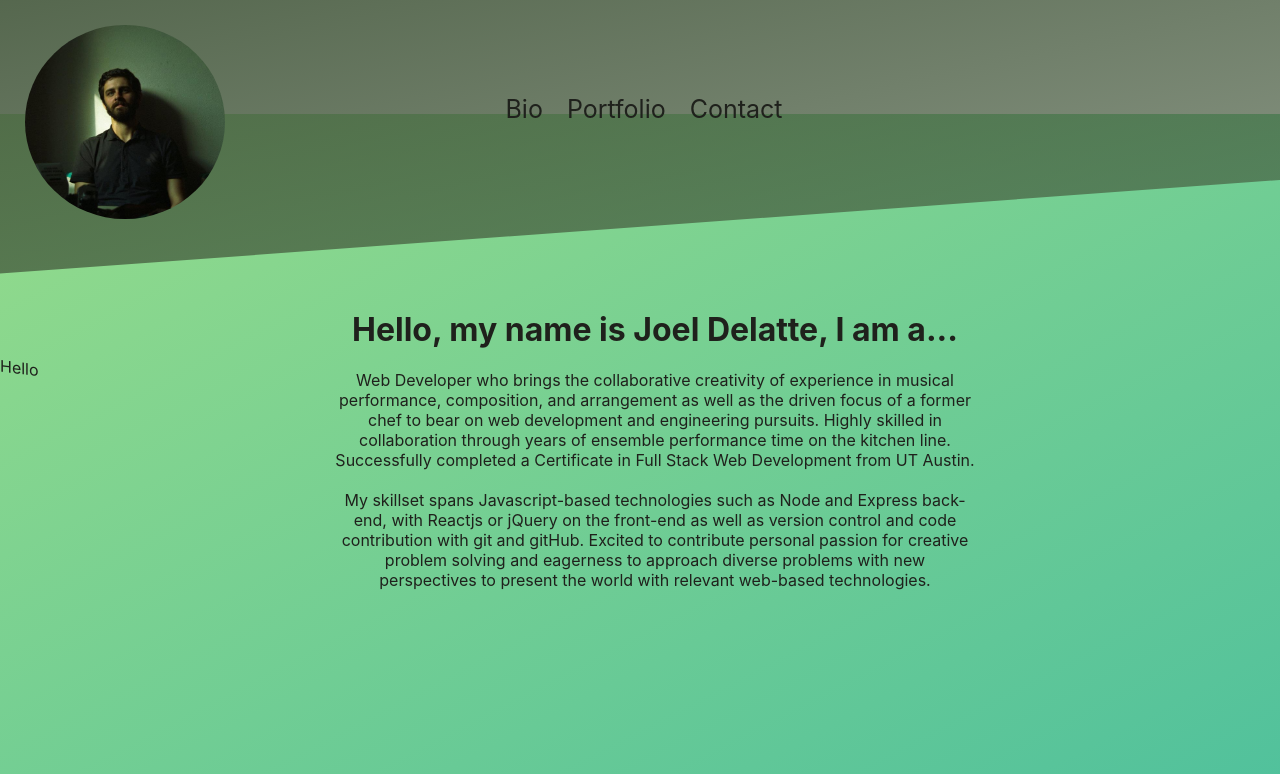
Repository: joeldelatte/react-portfolio
Page: / (app in client/)
An editor plug-in stored every save of this project. The page is shown before and after the next save, followed by the edit.
The browser window is 1280 px wide. The pictures show the whole page.
The project was rebuilt for these pictures with package versions that can differ from the ones it lists, and the page was loaded fresh each time. Also part of the build but not shown: client/src/App.css, client/src/Components/Contact/Contact.js, client/src/Components/Portfolio/portfolio.css, client/src/Components/Portfolio/Portfolio.js.

Above is the page before, as saved 2020-07-08 11:51:00.

### client/public/index.html
<!doctype html>
<html lang="en">
  <head>
    <meta charset="utf-8">
    <meta name="viewport" content="width=device-width, initial-scale=1, shrink-to-fit=no">
    <meta name="theme-color" content="#000000">
    <!--
      manifest.json provides metadata used when your web app is added to the
      homescreen on Android. See https://developers.google.com/web/fundamentals/engage-and-retain/web-app-manifest/
    -->
    <link rel="manifest" href="%PUBLIC_URL%/manifest.json">
    <link rel="shortcut icon" href="%PUBLIC_URL%/favicon.ico">
    <!--
      Notice the use of %PUBLIC_URL% in the tags above.
      It will be replaced with the URL of the `public` folder during the build.
      Only files inside the `public` folder can be referenced from the HTML.

      Unlike "/favicon.ico" or "favicon.ico", "%PUBLIC_URL%/favicon.ico" will
      work correctly both with client-side routing and a non-root public URL.
      Learn how to configure a non-root public URL by running `npm run build`.
    -->
    <title>Joel Delatte</title>
  </head>
  <body>
    <noscript>
      You need to enable JavaScript to run this app.
    </noscript>
    <div id="root"></div>
    <!--
      This HTML file is a template.
      If you open it directly in the browser, you will see an empty page.

      You can add webfonts, meta tags, or analytics to this file.
      The build step will place the bundled scripts into the <body> tag.

      To begin the development, run `npm start` or `yarn start`.
      To create a production bundle, use `npm run build` or `yarn build`.
    -->
  </body>
</html>

### client/src/index.css
body {
  margin: 0;
  font-family: -apple-system, BlinkMacSystemFont, 'Segoe UI', 'Roboto', 'Oxygen',
    'Ubuntu', 'Cantarell', 'Fira Sans', 'Droid Sans', 'Helvetica Neue',
    sans-serif;
  -webkit-font-smoothing: antialiased;
  -moz-osx-font-smoothing: grayscale;
  background-color: rgb(247, 247, 247);
  color: rgb(31,33,28);
}

code {
  font-family: source-code-pro, Menlo, Monaco, Consolas, 'Courier New',
    monospace;
}

### client/src/App.js
import React from 'react';
import {BrowserRouter as Router, Route, Switch, Link} from "react-router-dom";
import './App.css';
import Bio from "./Components/Bio/Bio";
import Nav from "./Page/Nav";
import Contact from "./Components/Contact/Contact";
import Portfolio from "./Components/Portfolio/Portfolio";
import Footer from "./Page/Footer";

export default function App() {
  return (
    <>
      <Router>
        <Nav />
        <Switch>
          <Route exact path="/">
            <Bio />
          </Route>
          <Route exact path="/contact">
            <Contact />
          </Route>
          <Route exact path="/portfolio">
            <Portfolio />
          </Route>
        </Switch>
        <Footer />
      </Router>
    </>
  );
}

### client/src/Components/Bio/Bio.js
import React from "react";
import "./bio.css";

export default function Bio() {

    return (
        <div className="container">
          <div className="bio">
            <h1>Hello, my name is Joel Delatte, I am a...</h1>
            <p>Web Developer who brings the collaborative creativity of experience in musical performance, composition, and
              arrangement as well as the driven focus of a former chef to bear on web development and engineering pursuits.
              Highly skilled in collaboration through years of ensemble performance time on the kitchen line.
              Successfully completed a Certificate in Full Stack Web Development from UT Austin.
              <br></br>
              <br></br>
              My skillset spans Javascript-based technologies such as Node and Express back-end, with Reactjs or
              jQuery on the front-end as well as version control and code contribution with git and gitHub.
              Excited to contribute personal passion for creative problem solving and eagerness to approach diverse
              problems with new perspectives to present the world with relevant web-based technologies.
            </p>
          </div>
        </div>
    )
}

### client/src/Page/Nav.js
import React from "react";
import {BrowserRouter as Router, Route, Switch, Link} from "react-router-dom";
import Avatar from "./Avatar";
import "./Page.css";

function Nav () {
    return (
      <div className="header">
        <Avatar />
        <div className="nav">
          <Link to="/">Bio</Link>
          <Link to="/portfolio">Portfolio</Link>
          <Link to="/contact">Contact</Link>
        </div>
      </div>
    );
};

export default Nav;

### client/src/Page/Footer.js
import React from "react";
// import { BrowserRouter as Router, Route, Switch, Link } from "react-router-dom";
import "./Page.css";

function Footer() {
  return (
    <div className="footer">
      <footer>
          Hello
      </footer>
    </div>
  );
}

export default Footer;

### client/src/Components/Bio/bio.css
.container {
    position: relative;
}

.bio {
    max-width: 50%;
    padding: 15px;
    max-width: 50%;
    position: absolute;
    top: 40%;
    left: 25%;
    text-align: center;
}

.bio p {
    text-align: center;
}


    @media only screen and (max-width: 768px) {
        .viewContainer {
            margin-left: 110px;
        }
    }

### client/src/Page/Avatar.js
import React from "react";
import Portrait from "./images/joel_d.png"
import "./Page.css";

const styles = {
    maxWidth: 200,
    maxHeight: 200,
    borderRadius: 100,
    marginLeft: 25
};

function Avatar () {

    return (
      <div>
          <img src={Portrait} alt="avatar"  className="avatar" /> {/* style={styles} */}
      </div>
    );
};

export default Avatar;

### client/src/Page/Page.css
.header {
  height: 38vh;
  background-image: linear-gradient(to right bottom, rgba(68,88,60, 0.901), rgba(68,88,60, 0.601));
  /* , url("../img/hero.jpg"); */
  background-size: cover;
  background-position: top;
  position: relative;
  -webkit-clip-path: polygon(0 0, 100% 0, 100% 85%, 0 100%);
  clip-path: polygon(0 0, 100% 0, 100% 25vh, 0 100%);
  position: relative;
}

  .avatar {
    display: inline;
    max-width: 200px;
    max-height: 200px;
    border-radius: 100%;
    margin: 25px;
    }

.nav {
    position: absolute;
    top: 40%;
    left: 50%;
    transform: translate(-50%, -50%);
    text-align: center;
}

.nav a {
    padding: 6px 8px 6px 16px;
    text-decoration: none;
    font-size: 25px;
    color: rgb(31,33,28);
    display: inline;
    text-align: center;
  }

.nav a:hover {
    color: #f1f1f1;
}

.footer {
  padding: 20rem 0;
  background-image: linear-gradient(to right bottom, rgba(126, 213, 111, 0.801), rgba(40, 180, 133, 0.801));
  /* background-size: cover; */
  /* transform: skewY(-7deg); */
  margin-top: -10rem; }
  .footer > * {
    transform: skewY(7deg); }

/* @media only screen and (max-width: 768px) {
    .sideNav {
        width: 100px;
    }
    .sideNav a {
        font-size: 15px;
    }
    .avatar {
        max-width: 75px;
        max-height: 75px;
        border-radius: 100;
        margin-left: 15px;
    }
}  */

### client/src/Components/Contact/contact.css
.container {
  position: relative;
}
.contact {
    padding: 15px;
    max-width: 50%;
    position: absolute;
    top: 40%;
    left: 25%;
    text-align: center;
}

.contact a {
  padding: 6px 8px 6px 16px;
  text-decoration: underline;
  font-size: 18px;
  color: black;
  display: block;
}

.contact a:hover {
  color: #818181;
}

.email-address {
  padding: 6px 8px 6px 16px;
  font-size: 18px;
}

input[type=text], select {
    width: 100%;
    padding: 12px 20px;
    margin: 8px 0;
    display: inline-block;
    border: 1px solid #ccc;
    border-radius: 4px;
    box-sizing: border-box;
  }

  input[type=submit] {
    width: 15%;
    background-color: #4CAF50;
    color: white;
    padding: 14px 20px;
    margin: 8px 0;
    border: none;
    border-radius: 4px;
    cursor: pointer;
  }

  input[type=submit]:hover {
    background-color: #45a049;
  }

textarea {
    width: 100%;
    height: 150px;
    margin: 8px 0;
    padding: 12px 20px;
    box-sizing: border-box;
    border: 1px solid #ccc;
    border-radius: 4px;
    resize: none;
  }

  @media only screen and (max-width: 768px) {
    .contact {
      margin-left: 110px;
    }
  }

Loaded but not shown: client/src/index.js (common file); client/src/serviceWorker.js (common file)

After the next save:
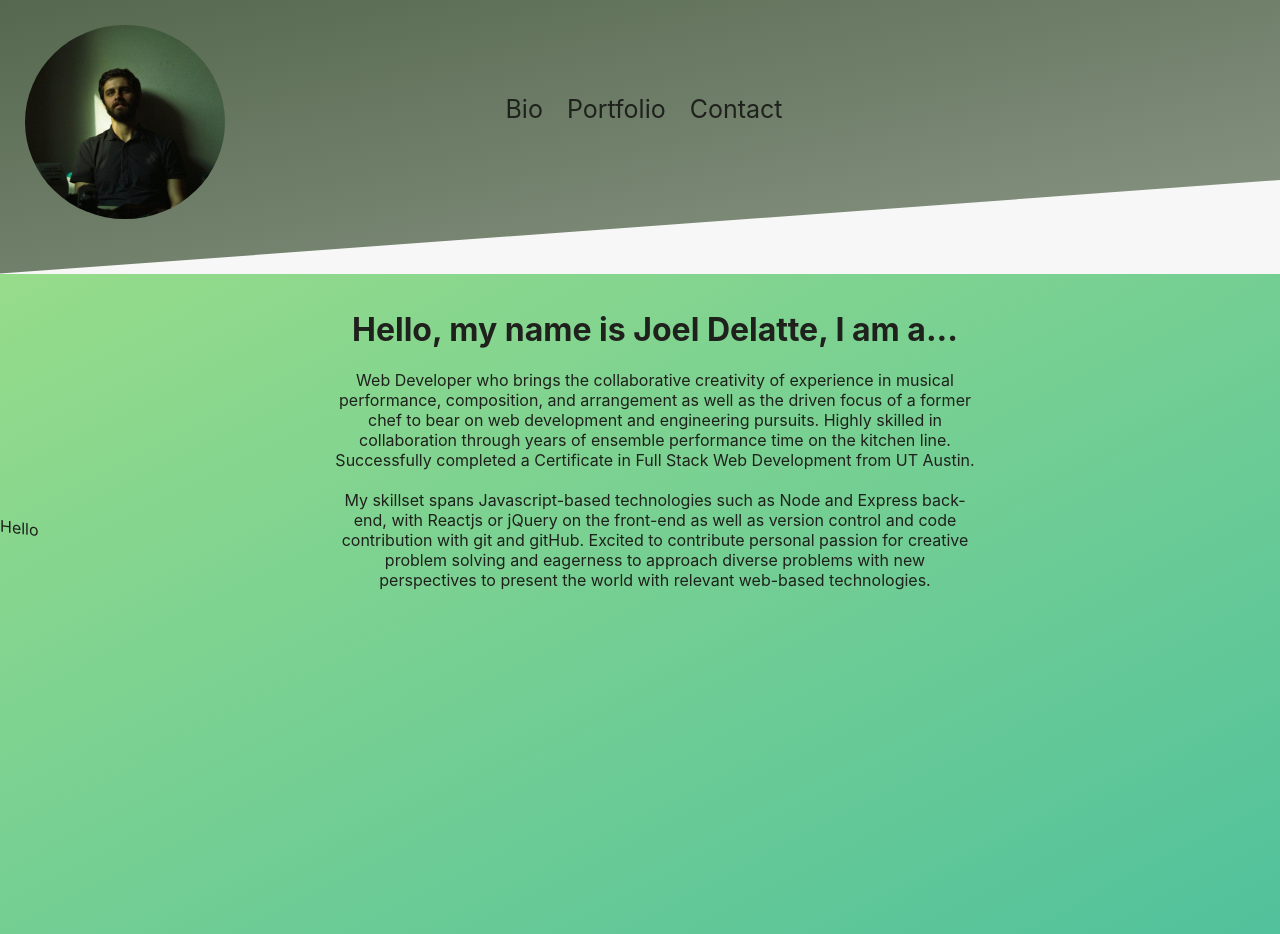
Saved 39 s later.
--- a/client/src/Page/Page.css
+++ b/client/src/Page/Page.css
@@ -44,7 +44,8 @@
   background-image: linear-gradient(to right bottom, rgba(126, 213, 111, 0.801), rgba(40, 180, 133, 0.801));
   /* background-size: cover; */
   /* transform: skewY(-7deg); */
-  margin-top: -10rem; }
+  /* margin-top: -10rem;  */
+}
   .footer > * {
     transform: skewY(7deg); }
 
